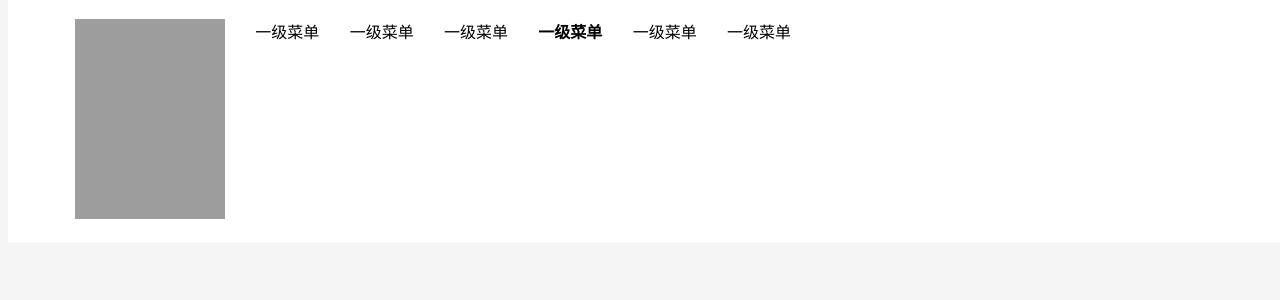
Repository: LJW3112/StudyHTML
Page: 个人作品展示网页/CODE/index.html
The author's editor kept a copy of each file at every save. The page is drawn from the files as they stood at one save, then again after the next save.
The browser window is 1280 px wide. The pictures show the whole page.
Pictures or frames that could not be fetched are drawn as grey boxes.

Above is the page before, as saved 2023-02-12 17:17:28.

### 个人作品展示网页/CODE/index.html
<!DOCTYPE html>
<html lang="en">

<head>
    <meta charset="UTF-8">
    <meta http-equiv="X-UA-Compatible" content="IE=edge">
    <meta name="viewport" content="width=device-width, initial-scale=1.0">
    <link rel="stylesheet" href="">

    <head>
        <style type="text/css">
            .top {
                /* 设置宽度高度背景颜色 */
                height: auto;
                /*高度改为自动高度*/
                width: 100%;
                margin-left: 0;
                background: rgb(255, 255, 255);
                position: fixed;
                /*固定在顶部*/
                top: 0;
                /*离顶部的距离为0*/
                margin-bottom: 5px;
            }

            .top ul {
                /* 清除ul标签的默认样式 */
                width: auto;
                /*宽度也改为自动*/
                list-style-type: none;
                white-space: nowrap;
                overflow: hidden;
                margin-left: 5%;
                /* margin-top: 0;          */
                padding: 0;

            }

            .top li {
                float: left;
                /* 使li内容横向浮动，即横向排列  */
                margin-right: 2%;
                /* 两个li之间的距离*/
                position: relative;
                overflow: hidden;
            }

            .top li a {
                /* 设置链接内容显示的格式*/
                display: block;
                /* 把链接显示为块元素可使整个链接区域可点击 */
                color: rgb(0, 0, 0);
                text-align: center;
                padding: 3px;
                overflow: hidden;
                text-decoration: none;
                /* 去除下划线 */

            }

            .top li a:hover {
                /* 鼠标选中时背景变为黑色 */
                background-color: rgb(240, 240, 240);
            }

            .top ul li ul {
                /* 设置二级菜单 */
                margin-left: -0.2px;
                background: rgb(189, 181, 181);
                position: relative;
                display: none;
                /* 默认隐藏二级菜单的内容 */

            }

            .top ul li ul li {
                /* 二级菜单li内容的显示 */

                float: none;
                text-align: center;
            }

            .top ul li:hover ul {
                /* 鼠标选中二级菜单内容时 */
                display: block;
            }

            body {
                background: whitesmoke !important;
            }

            img {
                top: 0;
                width:150px;
                height:200px;
            }
        </style>
        <title>星汉 三维产品动画</title>
    </head>

<body>

    <body>
        <div class="top">
            <center>
                <ul>
                    <li><a href="#"><img src="../images-video/星汉logo.png" alt="logo"></a></li>
                    <li><a href="#">一级菜单</a></li>
                    <li><a href="#">一级菜单</a></li>
                    <li><a href="#">一级菜单</a></li>
                    <li><a href="#"><b>一级菜单</b></a></li>
                    <li><a href="#">一级菜单</a></li>
                    <li>
                        <a href="#">一级菜单</a>
                        <ul>
                            <li><a href="#">二级菜单</a></li>
                            <li><a href="#">二级菜单</a></li>
                            <li><a href="#">二级菜单</a></li>
                            <li><a href="#">二级菜单</a></li>
                            <li><a href="#">二级菜单</a></li>
                        </ul>
                    </li>
                </ul>
            </center>
        </div>
    </body>
    </head>

</html>

</body>

</html>

After the next save:
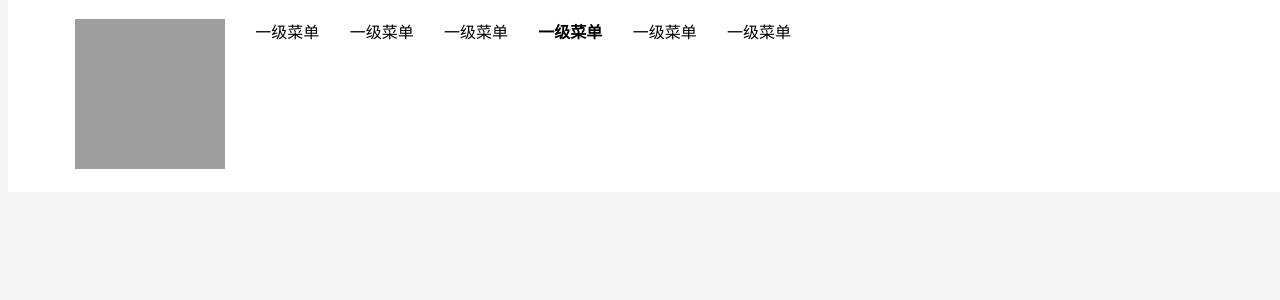
Saved 5 s later.
--- a/个人作品展示网页/CODE/index.html
+++ b/个人作品展示网页/CODE/index.html
@@ -92,7 +92,7 @@
             img {
                 top: 0;
                 width:150px;
-                height:200px;
+                height:150px;
             }
         </style>
         <title>星汉 三维产品动画</title>
